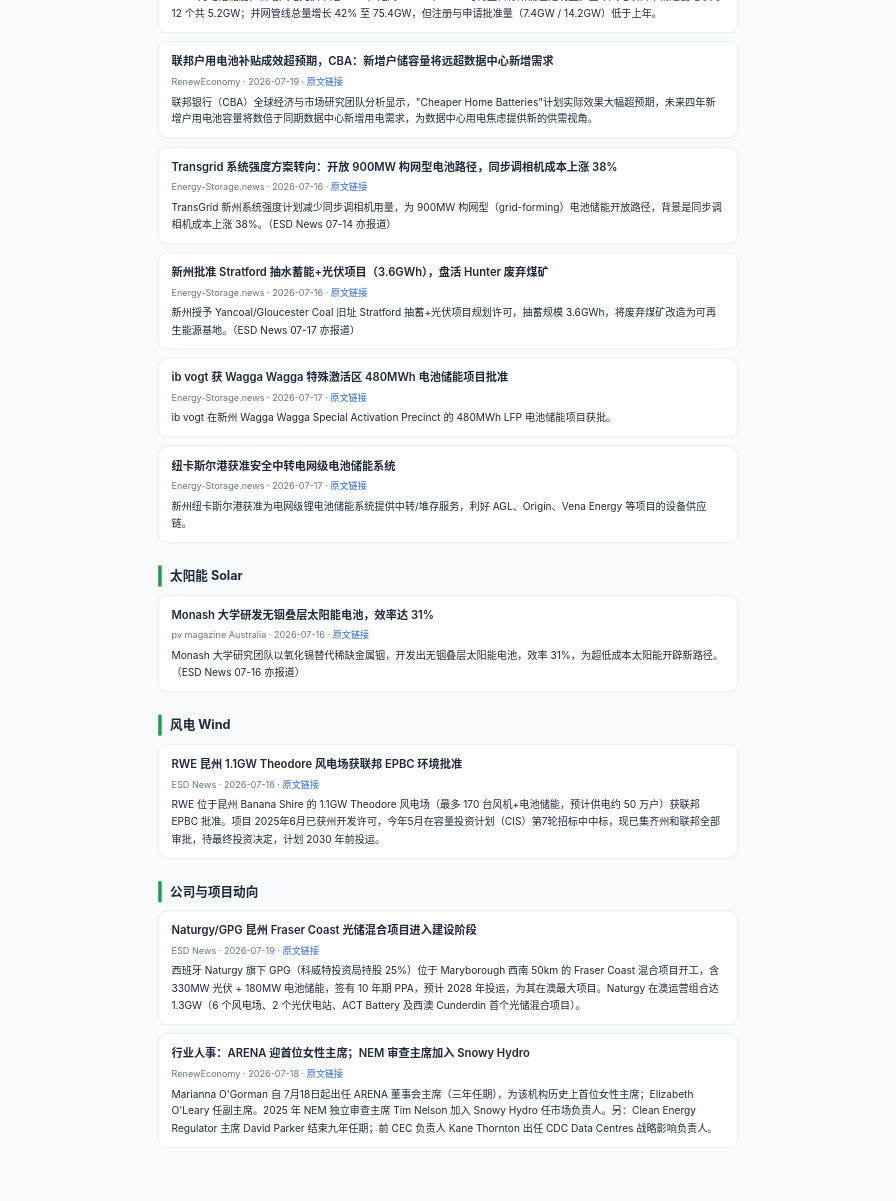
Repository: percival-peng-wiseway/weekly_news_rep
Page: weekly/weekly-2026-07-13_2026-07-19.html
These files come from the project's save history. The page is drawn as it stood at one moment and after the next save; the edit follows.
The browser window is 1280 px wide. The pictures show the part of the page from y = 1647 to 3567 px (the page is 3363 px tall before and 3567 px after), at 70% of full size.

Above is the page before, as saved 2026-07-22 03:52:43.

After the next save:
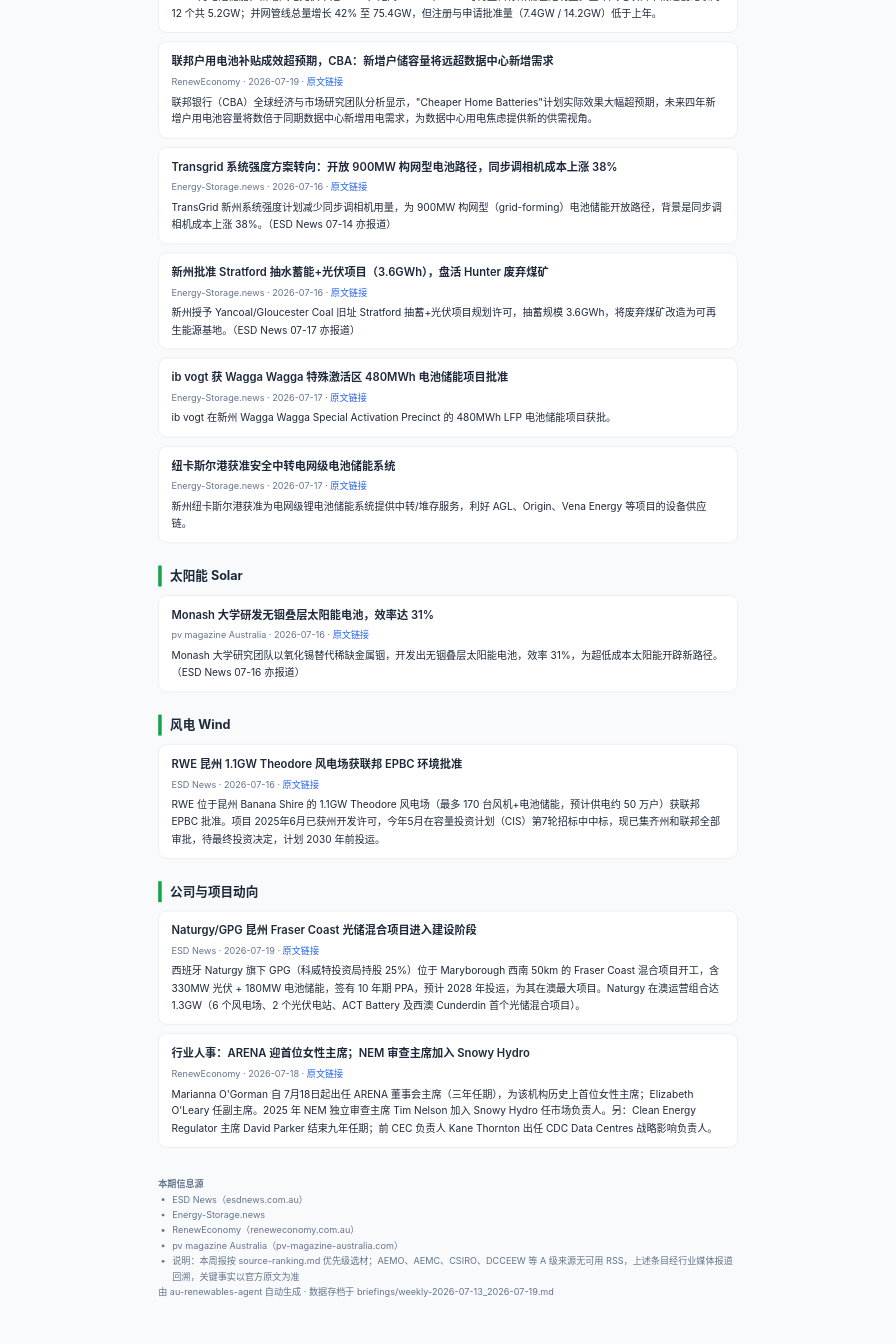
Saved 12 s later.
--- a/weekly/weekly-2026-07-13_2026-07-19.html
+++ b/weekly/weekly-2026-07-13_2026-07-19.html
@@ -74,5 +74,12 @@
 
 <div class="card"><div class="title">行业人事：ARENA 迎首位女性主席；NEM 审查主席加入 Snowy Hydro</div><div class="meta">RenewEconomy · 2026-07-18 · <a href="https://reneweconomy.com.au/grid-connections-2026-whos-going-where-and-doing-what-in-australias-green-energy-transition/" target="_blank" rel="noopener">原文链接</a></div><div class="point">Marianna O'Gorman 自 7月18日起出任 ARENA 董事会主席（三年任期），为该机构历史上首位女性主席；Elizabeth O'Leary 任副主席。2025 年 NEM 独立审查主席 Tim Nelson 加入 Snowy Hydro 任市场负责人。另：Clean Energy Regulator 主席 David Parker 结束九年任期；前 CEC 负责人 Kane Thornton 出任 CDC Data Centres 战略影响负责人。</div></div>
 
-
+<footer class="src"><strong>本期信息源</strong><ul>
+<li>ESD News（esdnews.com.au）</li>
+<li>Energy-Storage.news</li>
+<li>RenewEconomy（reneweconomy.com.au）</li>
+<li>pv magazine Australia（pv-magazine-australia.com）</li>
+<li>说明：本周报按 source-ranking.md 优先级选材；AEMO、AEMC、CSIRO、DCCEEW 等 A 级来源无可用 RSS，上述条目经行业媒体报道回溯，关键事实以官方原文为准</li>
+</ul>
+<p>由 au-renewables-agent 自动生成 · 数据存档于 briefings/weekly-2026-07-13_2026-07-19.md</p></footer>
 </div></body></html>
